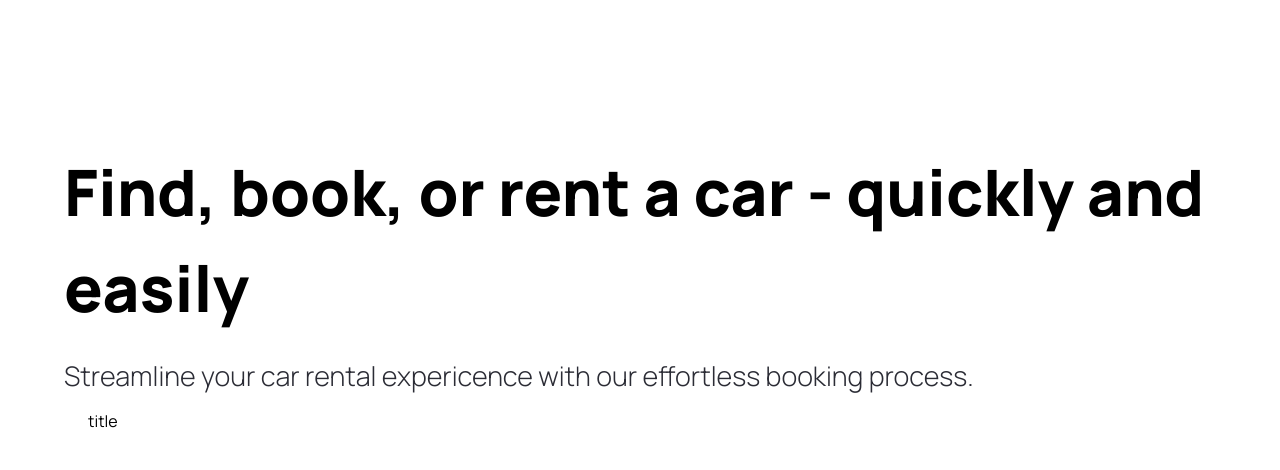
Repository: AmolPawar7181/CarHub
Page: /
The author's editor kept a copy of each file at every save. The page is drawn from the files as they stood at one save, then again after the next save.
The browser window is 1280 px wide. The pictures show the whole page.
The project was rebuilt for these pictures with package versions that can differ from the ones it lists, and the page was loaded fresh each time. The framework's server and built-in components were replaced by stand-ins that run in the browser. Also part of the build but not shown: next.config.js.

Above is the page before, as saved 2023-07-04 10:46:23.

### app/page.tsx
import {Hero} from '@/components';

export default function Home() {
	return (
		<main className='overflow-hidden'>
			<Hero />
		</main>
	);
}

### app/globals.css
@import url('https://fonts.googleapis.com/css2?family=Manrope:wght@200;300;400;500;600;700;800&display=swap');

@tailwind base;
@tailwind components;
@tailwind utilities;

* {
	margin: 0;
	padding: 0;
	box-sizing: border-box;
	font-family: 'Manrope', sans-serif;
}

/* START: General styles */
.max-width {
	@apply max-w-[1440px] mx-auto;
}

.padding-x {
	@apply sm:px-16 px-6;
}

.padding-y {
	@apply py-4;
}

.flex-center {
	@apply flex items-center justify-center;
}

.flex-between {
	@apply flex justify-between items-center;
}

.custom-btn {
	@apply flex flex-row relative justify-center items-center py-3 px-6 outline-none;
}
/* END: General styles */

/* START: Hero styles */
.hero {
	@apply flex xl:flex-row flex-col gap-5 relative z-0 max-w-[1440px] mx-auto;
}

.hero__title {
	@apply 2xl:text-[72px] sm:text-[64px] text-[50px] font-extrabold;
}

.hero__subtitle {
	@apply text-[27px] text-black-100 font-light mt-5;
}

.hero__image-container {
	@apply xl:flex-[1.5] flex justify-end items-end w-full xl:h-screen;
}

.hero__image {
	@apply relative xl:w-full w-[90%] xl:h-full h-[590px] z-0;
}

.hero__image-overlay {
	@apply absolute xl:-top-24 xl:-right-1/2 -right-1/4 bg-hero-bg bg-repeat-round -z-10 w-full xl:h-screen h-[590px] overflow-hidden;
}
/* END: Hero styles */

/* START: Home styles */

.home__text-container {
	@apply flex flex-col items-start justify-start gap-y-2.5 text-black-100;
}

.home__filters {
	@apply mt-12 w-full flex-between items-center flex-wrap gap-5;
}

.home__filter-container {
	@apply flex justify-start flex-wrap items-center gap-2;
}

.home__cars-wrapper {
	@apply grid 2xl:grid-cols-4 xl:grid-cols-3 md:grid-cols-2 grid-cols-1 w-full gap-8 pt-14;
}

.home__error-container {
	@apply mt-16 flex justify-center items-center flex-col gap-2;
}
/* END: Home styles */

/* START: Car Card styles */
.car-card {
	@apply flex flex-col p-6 justify-center items-start text-black-100 bg-primary-blue-100 hover:bg-white hover:shadow-md rounded-3xl;
}

.car-card__content {
	@apply w-full flex justify-between items-start gap-2;
}

.car-card__content-title {
	@apply text-[22px] leading-[26px] font-bold capitalize;
}

.car-card__price {
	@apply flex mt-6 text-[32px] leading-[38px] font-extrabold;
}

.car-card__price-dollar {
	@apply self-start text-[14px] leading-[17px] font-semibold;
}

.car-card__price-day {
	@apply self-end text-[14px] leading-[17px] font-medium;
}

.car-card__image {
	@apply relative w-full h-40 my-3 object-contain;
}

.car-card__icon-container {
	@apply flex group-hover:invisible w-full justify-between text-grey;
}

.car-card__icon {
	@apply flex flex-col justify-center items-center gap-2;
}

.car-card__icon-text {
	@apply text-[14px] leading-[17px];
}

.car-card__btn-container {
	@apply hidden group-hover:flex absolute bottom-0 w-full z-10;
}
/* END: Car Card styles */

/* START: Car Details styles */
.car-details__dialog-panel {
	@apply relative w-full max-w-lg max-h-[90vh] overflow-y-auto transform rounded-2xl bg-white p-6 text-left shadow-xl transition-all flex flex-col gap-5;
}

.car-details__close-btn {
	@apply absolute top-2 right-2 z-10 w-fit p-2 bg-primary-blue-100 rounded-full;
}

.car-details__main-image {
	@apply relative w-full h-40 bg-pattern bg-cover bg-center rounded-lg;
}
/* END: Car Details styles */

/* START: Custom Filter styles */
.custom-filter__btn {
	@apply relative w-full min-w-[127px] flex justify-between items-center cursor-default rounded-lg bg-white py-2 px-3 text-left shadow-md sm:text-sm border;
}

.custom-filter__options {
	@apply absolute mt-1 max-h-60 w-full overflow-auto rounded-md bg-white py-1 text-base shadow-lg ring-1 ring-black ring-opacity-5 focus:outline-none sm:text-sm;
}
/* END: Custom Filter styles */

/* START: Footer styles */
.footer {
	@apply flex flex-col text-black-100  mt-5 border-t border-gray-100;
}

.footer__links-container {
	@apply flex max-md:flex-col flex-wrap justify-between gap-5 sm:px-16 px-6 py-10;
}

.footer__rights {
	@apply flex flex-col justify-start items-start gap-6;
}

.footer__links {
	@apply flex-1 w-full flex md:justify-end flex-wrap max-md:mt-10 gap-20;
}

.footer__link {
	@apply flex flex-col gap-6 text-base min-w-[170px];
}

.footer__copyrights {
	@apply flex justify-between items-center flex-wrap mt-10 border-t border-gray-100 sm:px-16 px-6 py-10;
}

.footer__copyrights-link {
	@apply flex-1 flex sm:justify-end justify-center max-sm:mt-4 gap-10;
}
/* END: Footer styles */

/* START: searchbar styles */
.searchbar {
	@apply flex items-center justify-start max-sm:flex-col w-full relative max-sm:gap-4 max-w-3xl;
}

.searchbar__item {
	@apply flex-1 max-sm:w-full flex justify-start items-center relative;
}

.searchbar__input {
	@apply w-full h-[48px] pl-12 p-4 bg-light-white rounded-r-full max-sm:rounded-full outline-none cursor-pointer text-sm;
}
/* END: searchbar styles */

/* START: search manufacturer styles */
.search-manufacturer {
	@apply flex-1 max-sm:w-full flex justify-start items-center;
}

.search-manufacturer__input {
	@apply w-full h-[48px] pl-12 p-4 rounded-l-full max-sm:rounded-full bg-light-white outline-none cursor-pointer text-sm;
}

.search-manufacturer__options {
	@apply absolute mt-1 max-h-60 w-full overflow-auto rounded-md bg-white py-1 text-base shadow-lg ring-1 ring-black ring-opacity-5 focus:outline-none sm:text-sm;
}

.search-manufacturer__option {
	@apply cursor-default select-none py-2 pl-10 pr-4;
}
/* END: search manufacturer styles */

### components/index.tsx
import Hero from './Hero';
import CustomButton from './CustomButton';
export {Hero, CustomButton};

### components/Hero.tsx
'use client';
import Image from 'next/image';
import CustomButton from './CustomButton';

const Hero = () => {
	const handleScroll = () => {};
	return (
		<div className='hero'>
			<div className='flex-1 pt-36 padding-x'>
				<h1 className='hero__title'>
					Find, book, or rent a car - quickly and easily
				</h1>

				<p className='hero__subtitle'>
					Streamline your car rental expericence with our effortless booking
					process.
				</p>
				<CustomButton
					title='Explore cars'
					containerStyles='bg-primary-blue text-white rounded-full mt-10'
					handleClick={handleScroll}
				/>
			</div>
		</div>
	);
};

export default Hero;

### components/CustomButton.tsx
'use client';

import Image from 'next/image';

const CustomButton = () => {
	return (
		<button
			disabled={false}
			type={'button'}
			className={`custom-btn`}
			onClick={() => {}}
		>
			<span className={`flex`}>title</span>
		</button>
	);
};

export default CustomButton;

### tailwind.config.js
/** @type {import('tailwindcss').Config} */
module.exports = {
	content: [
		'./pages/**/*.{js,ts,jsx,tsx,mdx}',
		'./components/**/*.{js,ts,jsx,tsx,mdx}',
		'./app/**/*.{js,ts,jsx,tsx,mdx}',
	],
	mode: 'jit',
	theme: {
		extend: {
			fontFamily: {
				inter: ['Inter', 'sans-serif'],
			},
			colors: {
				'black-100': '#2B2C35',
				'primary-blue': {
					DEFAULT: '#2B59FF',
					100: '#F5F8FF',
				},
				'secondary-orange': '#f79761',
				'light-white': {
					DEFAULT: 'rgba(59,60,152,0.03)',
					100: 'rgba(59,60,152,0.02)',
				},
				grey: '#747A88',
			},
			backgroundImage: {
				pattern: "url('/pattern.png')",
				'hero-bg': "url('/hero-bg.png')",
			},
		},
	},
	plugins: [],
};

Loaded but not shown: app/layout.tsx (common file)

After the next save:
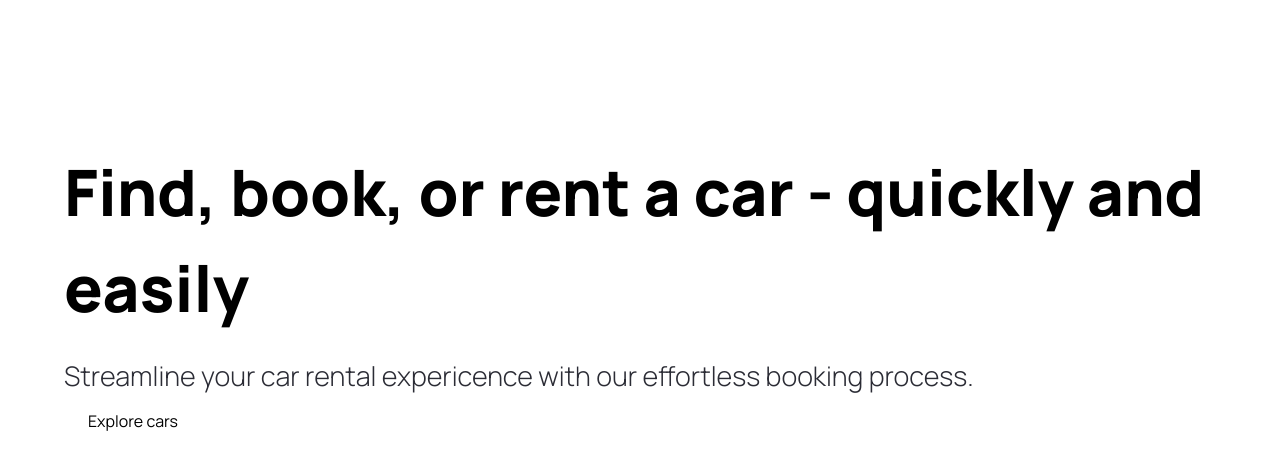
Saved 42 s later.
--- a/components/CustomButton.tsx
+++ b/components/CustomButton.tsx
@@ -1,8 +1,13 @@
 'use client';
 
+import {CustomButtonProps} from '@/types';
 import Image from 'next/image';
 
-const CustomButton = () => {
+const CustomButton = ({
+	title,
+	containerStyles,
+	handleClick,
+}: CustomButtonProps) => {
 	return (
 		<button
 			disabled={false}
@@ -10,7 +15,7 @@
 			className={`custom-btn`}
 			onClick={() => {}}
 		>
-			<span className={`flex`}>title</span>
+			<span className={`flex`}>{title}</span>
 		</button>
 	);
 };
